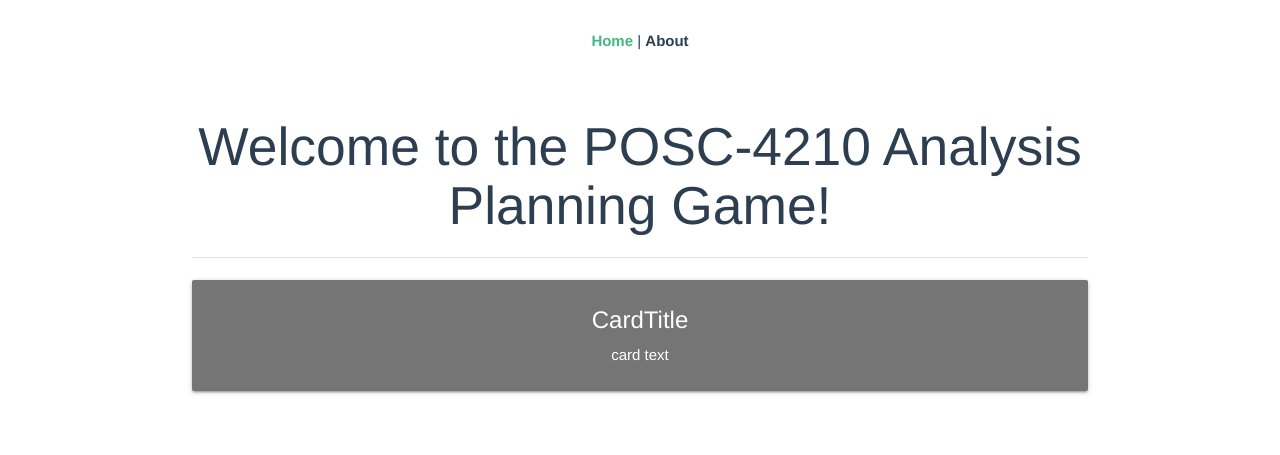
Repository: gallard28/posc4210app
Page: /
The author's editor kept a copy of each file at every save. The page is drawn from the files as they stood at one save, then again after the next save.
The browser window is 1280 px wide. The pictures show the whole page.
The project was rebuilt for these pictures with package versions that can differ from the ones it lists, and the page was loaded fresh each time.

Above is the page before, as saved 2020-09-20 16:00:26.

After the next save:
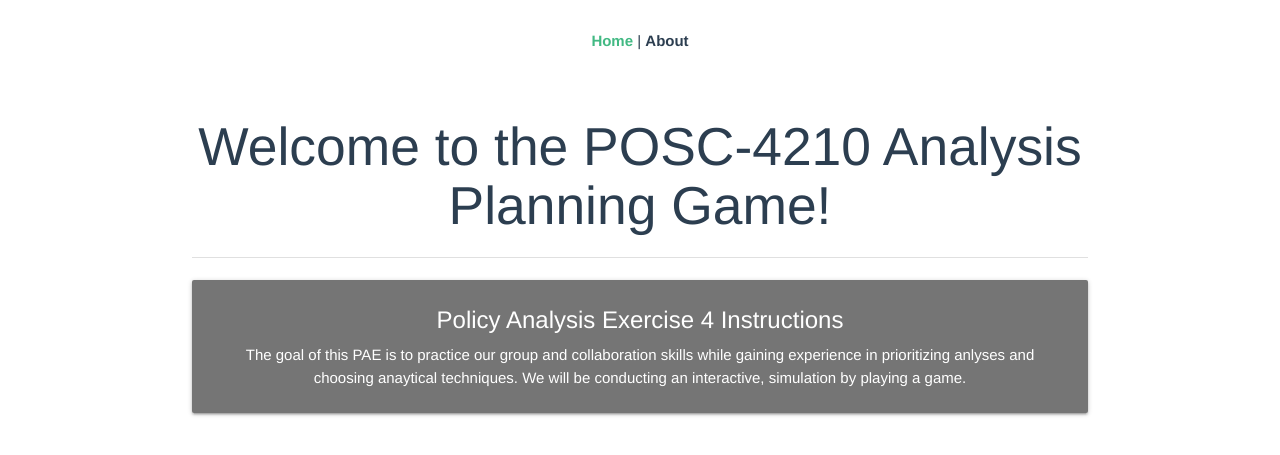
Saved 88 s later.
--- a/src/views/Home.vue
+++ b/src/views/Home.vue
@@ -9,8 +9,8 @@
         <div class="cols s12">
           <div class="card grey darken-1">
             <div class="card-content white-text">
-              <span class="card-title">CardTitle</span>
-              <p>card text</p>
+              <span class="card-title">Policy Analysis Exercise 4 Instructions</span>
+              <p>The goal of this PAE is to practice our group and collaboration skills while gaining experience in prioritizing anlyses and choosing anaytical techniques. We will be conducting an interactive, simulation by playing a game.</p>
             </div>
           </div>
         </div>
